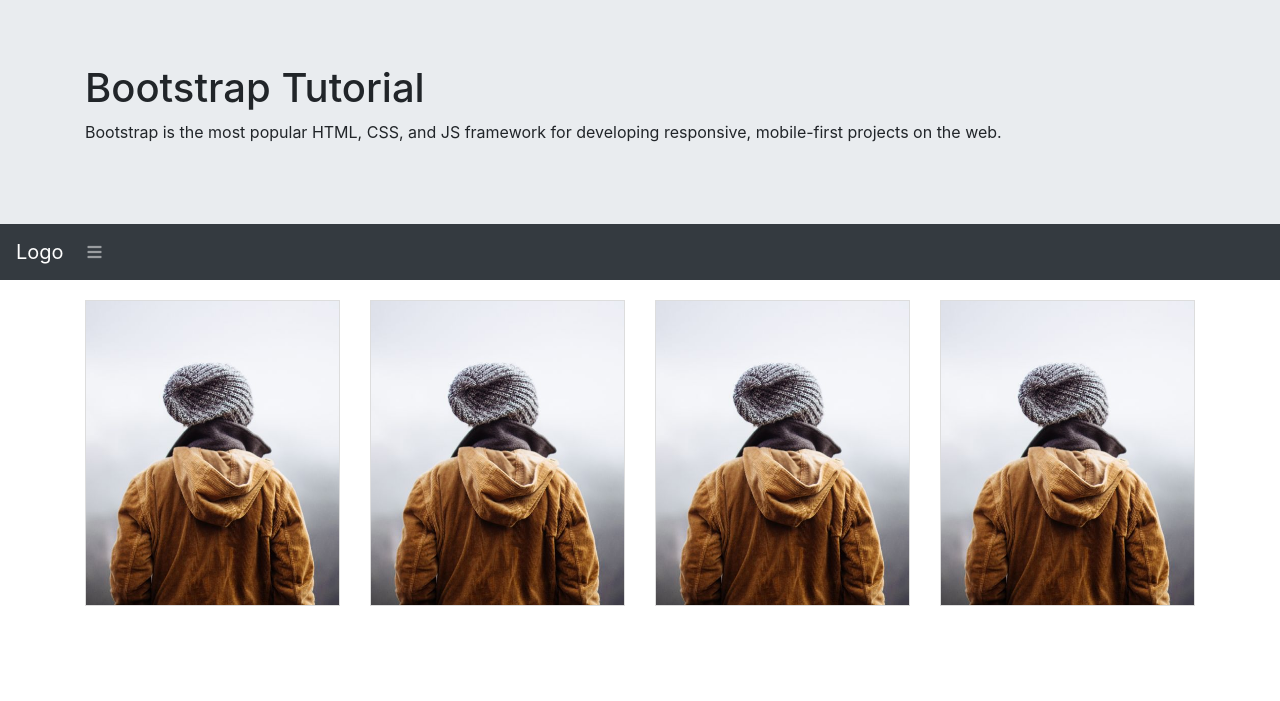
Repository: jwsimhj97/jwork_n
Page: JSPProject/WebContent/03-08/bootexam.html
The author's editor kept a copy of each file at every save. The page is drawn from the files as they stood at one save, then again after the next save.
The browser window is 1280 px wide. The pictures show the whole page.

Above is the page before, as saved 2022-03-08 06:19:13.

After the next save:
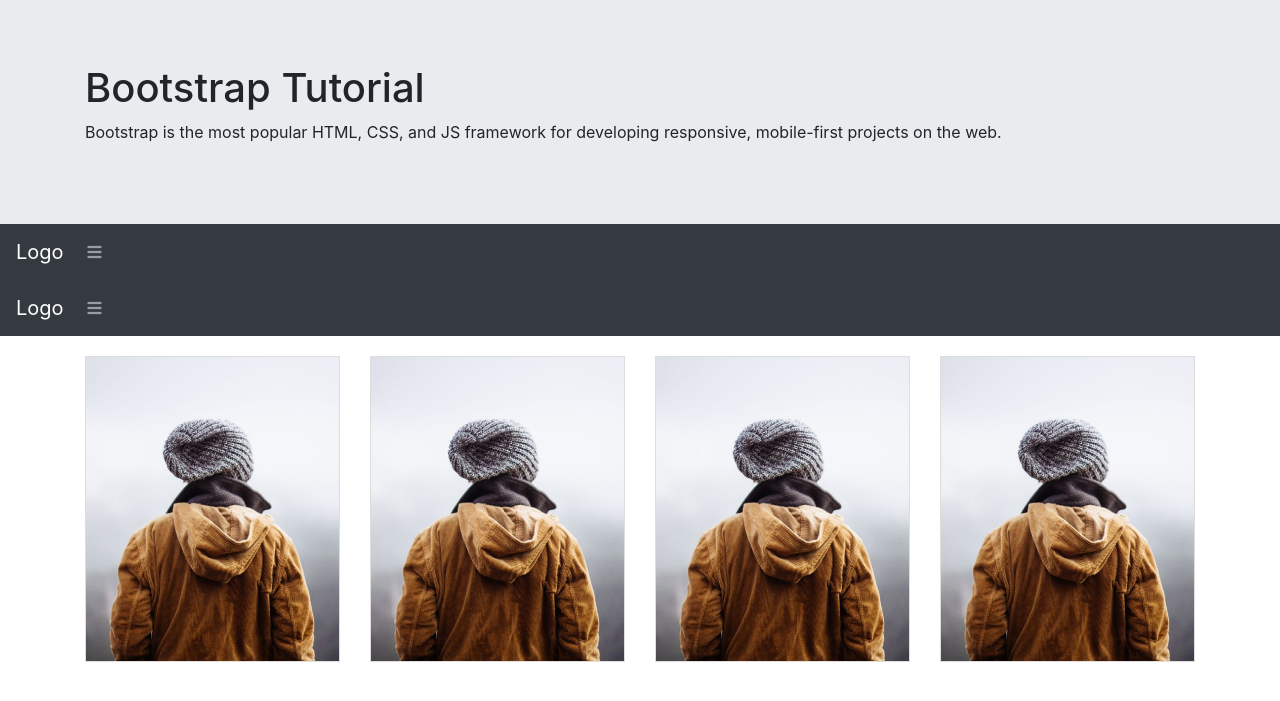
Saved 7 s later.
--- a/JSPProject/WebContent/03-08/bootexam.html
+++ b/JSPProject/WebContent/03-08/bootexam.html
@@ -45,6 +45,17 @@
 	</nav>
 </div>
 
+<div id="smNav">
+	<nav class="navbar navbar-expand-sm bg-dark navbar-dark sticky-top">
+	  <a class="navbar-brand" href="#">Logo</a>
+	  <ul class="navbar-nav">
+	    <li class="nav-item">
+	      <a class="nav-link" href="#"><i class="fas fa-bars"></i></a>
+	    </li>
+	  </ul>
+	</nav>
+</div>
+
 
 <div class="container">
   <div class="row">
